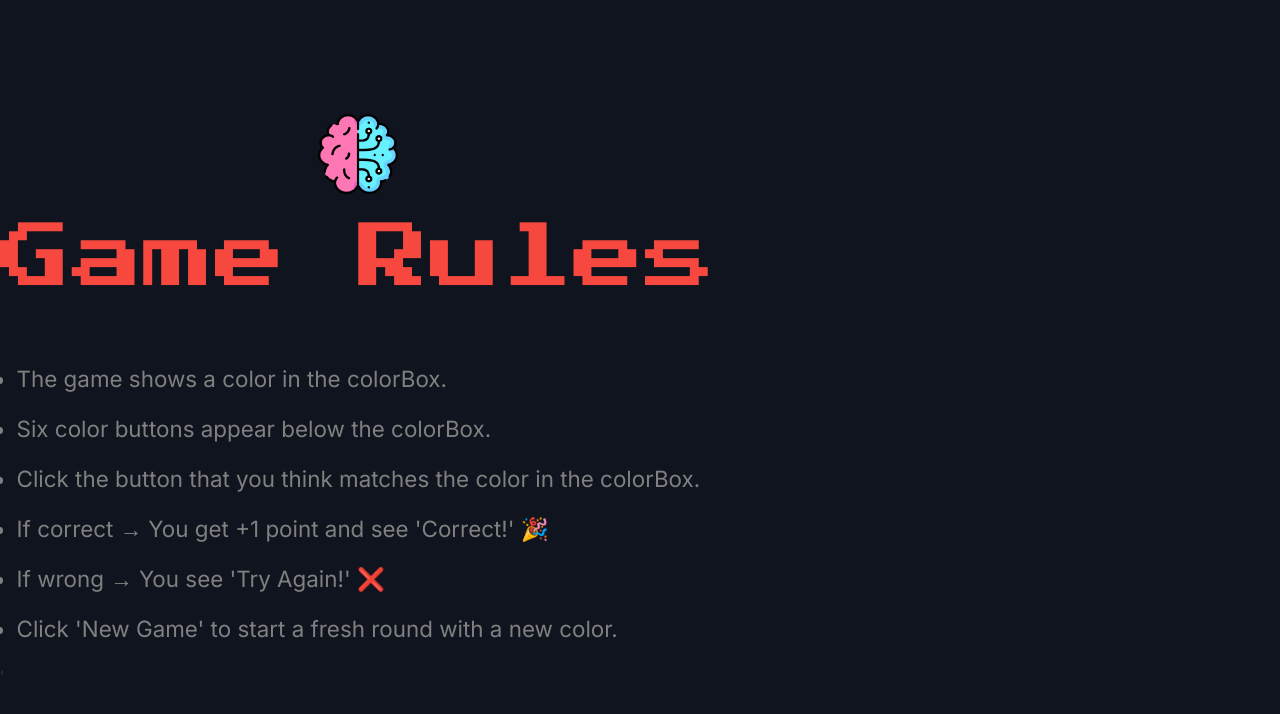
Repository: Shenixo/Color_match_game
Page: /rules
An editor plug-in stored every save of this project. The page is shown before and after the next save, followed by the edit.
The browser window is 1280 px wide. The pictures show the whole page.
The project was rebuilt for these pictures with package versions that can differ from the ones it lists, and the page was loaded fresh each time. Also part of the build but not shown: vite.config.js, src/Components/Tab/Tab.css, src/Components/Tab/Tab.jsx, src/Pages/Home/Home.jsx.

Above is the page before, as saved 2025-02-03 06:14:53.

### index.html
<!DOCTYPE html>
<html lang="en">
  <head>
    <meta charset="UTF-8" />
    <link rel="icon" type="image/svg+xml" href="/vite.svg" />
    <meta name="viewport" content="width=device-width, initial-scale=1.0" />
    <link rel="preconnect" href="https://fonts.googleapis.com" />
    <link rel="preconnect" href="https://fonts.gstatic.com" crossorigin />
    <link rel="preconnect" href="https://fonts.googleapis.com">
<link rel="preconnect" href="https://fonts.gstatic.com" crossorigin>
<link href="https://fonts.googleapis.com/css2?family=Inter:ital,opsz,wght@0,14..32,100..900;1,14..32,100..900&family=Poppins:ital,wght@0,100;0,200;0,300;0,400;0,500;0,600;0,700;0,800;0,900;1,100;1,200;1,300;1,400;1,500;1,600;1,700;1,800;1,900&family=Press+Start+2P&display=swap" rel="stylesheet">
    <title>Color Match</title>
  </head>
  <body>
    <div id="root"></div>
    <script type="module" src="/src/main.jsx"></script>
  </body>
</html>

### src/App.jsx
import { Route, Routes } from "react-router-dom";
import "./App.css";
import Home from "./Pages/Home/Home";
import Rules from "./Pages/Rules/Rules";

function App() {
  return (
    <div>
      <Routes>
        <Route path="/" element={<Home />} />
        <Route path="/rules" element={<Rules />} />
      </Routes>
    </div>
  );
}

export default App;

### src/App.css
*{
  padding: 0;
  margin: 0;
  box-sizing: border-box;
  font-family: "Inter", serif;
}
body{
  background: #0f141e;
}

### src/Pages/Rules/Rules.jsx
import Title from "../../Components/Title/Title";
import "./Rules.css"
const Rules = () => {
  return (
    <div>
      <div className="container">
        <Title content="Game Rules" />

        <ul className="rules">
          {gameRules.map((rule) => (
            <li key={rule}>{rule}</li>
          ))}
        </ul>
      </div>
    </div>
  );
};

export default Rules;
const gameRules = [
  "The game shows a color in the colorBox.",
  "Six color buttons appear below the colorBox.",
  "Click the button that you think matches the color in the colorBox.",
  "If correct → You get +1 point and see 'Correct!' 🎉",
  "If wrong → You see 'Try Again!' ❌",
  "Click 'New Game' to start a fresh round with a new color.",
];

### src/Components/Title/Title.jsx
/* eslint-disable react/prop-types */
import "./Title.css"
import brain from "../../assets/brain.png"
import { Link } from "react-router-dom"
const Title = ({content}) => {
  return (
    <div className="title">
          <h1>{content}</h1>
          <Link to="/">
          <img src={brain} alt="Brain image" width={80} />
          </Link>
    </div>
  )
}

export default Title

### src/Pages/Home/Home.css
.home{
    width: 100%;
    max-height: 100svh;
}
.container{
    display: flex;
    align-items: center;
    justify-content: center;
    margin-top: 10%;
    flex-direction: column;
    gap: 1rem;
}

### src/Pages/Rules/Rules.css
.rules{
    color: gray;
    font-size: 1.4rem;
}
.rules li{
    line-height: 50px;
}

### src/Components/Title/Title.css
.title {
  display: flex;
  align-items: center;
  gap: 1rem;
  color: #f6483e;
  font-size: 1.4rem;
  margin-bottom: 2.5rem;
  flex-direction: column-reverse;
}
.title h1 {
  font-family: "Press Start 2P", serif;
}

Loaded but not shown: src/main.jsx (common file); src/index.css (common file)

After the next save:
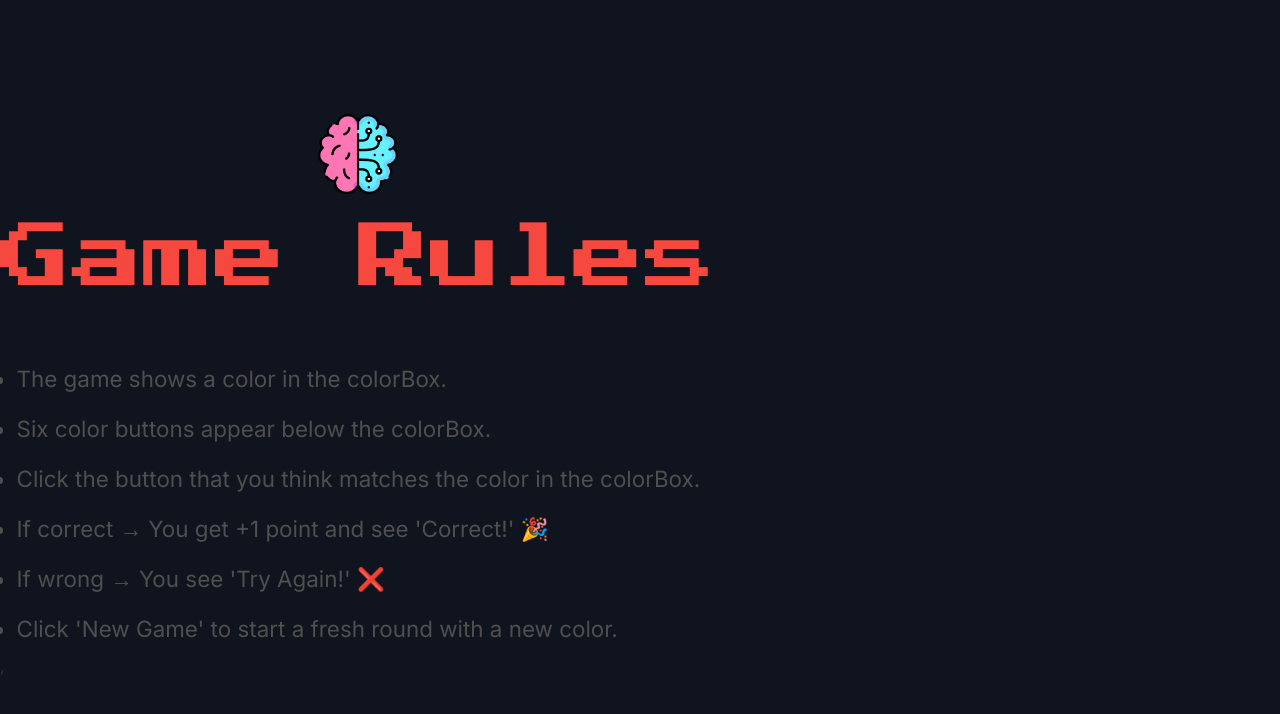
Saved 10 s later.
--- a/src/Pages/Rules/Rules.css
+++ b/src/Pages/Rules/Rules.css
@@ -1,5 +1,5 @@
 .rules{
-    color: gray;
+    color: rgb(80, 79, 79);
     font-size: 1.4rem;
 }
 .rules li{
